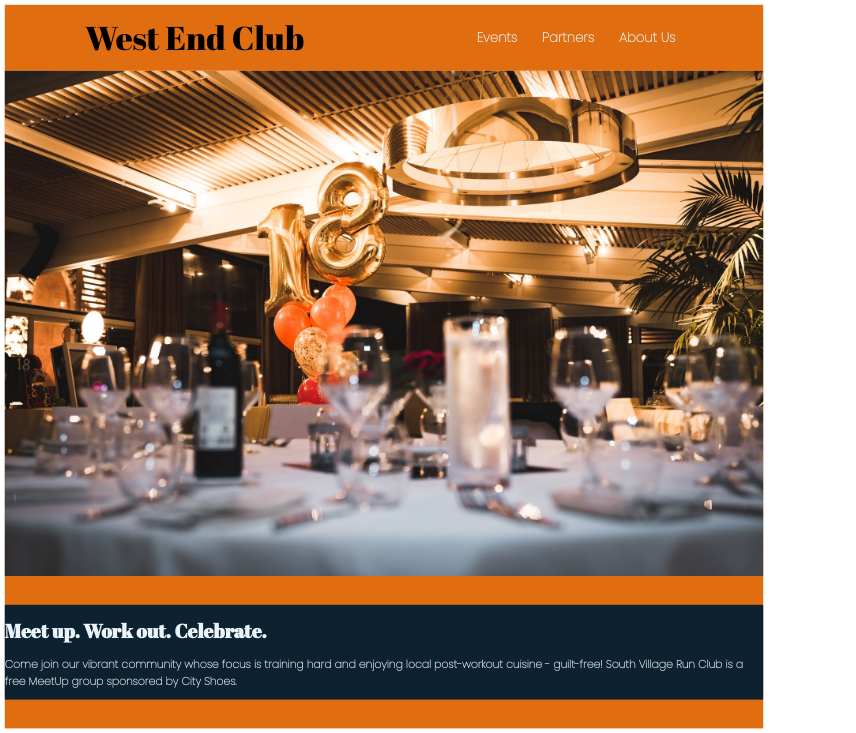
Repository: lastbronx41/lastbronx41.github.io
Page: starting/index.html
These files come from the project's save history. The page is drawn as it stood at one moment and after a run of saves; the edit follows.
The browser window is 1280 px wide. The page is 1280 px wide, then 1426 px, then 1280 px, so the pictures cover 1426 px, including what lies to the right of the window. The pictures show the whole page, at 60% of full size.
Some web fonts or font styles are not loaded; a fallback is used.

Above is the page before, as saved 2022-07-19 04:43:58.

### starting/index.html
<!DOCTYPE html>

<html>
   <head>
      <meta charset="utf-8">
      <title>Our Club</title>
      <link rel="stylesheet" href="./styles.css" type="text/css">
      <link rel="preconnect" href="https://fonts.googleapis.com">
      <link rel="preconnect" href="https://fonts.gstatic.com" crossorigin>
      <link href="https://fonts.googleapis.com/css2?family=Abril+Fatface&family=Slabo+13px&family=Space+Mono&display=swap" rel="stylesheet">
      <link rel="preconnect" href="https://fonts.googleapis.com">
      <link rel="preconnect" href="https://fonts.gstatic.com" crossorigin>
      <link href="https://fonts.googleapis.com/css2?family=Abril+Fatface&family=Poppins:wght@100&family=Slabo+13px&family=Space+Mono&display=swap" rel="stylesheet">
   </head>

   <body>

      <div class="header">
         <div id="title">West End Club</div>
         <div>
            <ul class="links">
               <a href>
                  <li class="nav">Events</li>
               </a>
               <a href>
                  <li class="nav">Partners</li>
               </a>
               <a href>
                  <li class="nav">About Us</li>
               </a>
            </ul>
         </div>
      </div>

      <div id="cover-photo">
         <img src="./resources/cover-photo.jpg"/>
         <div class="main-text">
            <h1>Meet up. Work out. Celebrate.</h1>
               <p>Come join our vibrant community whose focus is training hard and enjoying local post-workout cuisine - guilt-free! South Village Run Club is a free MeetUp group sponsored by City Shoes.
               </p>

         </div>
      </div>



   </body>
</html>

### starting/styles.css
.header {
   display: flex;
   justify-content: space-around;
   background-color: #E06D10;
   align-items: center;
   padding: 1rem
}

#title {
   font-size: 55px;
   font-family: 'Abril Fatface', cursive;
}

.links, .links a {
   display: inline-flex;
   flex-wrap: wrap;
   justify-content: flex-end;
   list-style-type: none;
   gap: 1rem;
   text-decoration-line: none;
}

.nav {
   font-size: 22px;
   font-family: 'Poppins', sans-serif;
   font-weight: bolder;
   border-radius: 34%;
   padding: 0.4rem 0.8rem;
   color: #EBF4FA;
}

.nav:hover {
   color: #E06D10;
   background-color: black;
}

#cover-photo {
   display: flex;
   flex-direction: column;
   background-color: #E06D10;
}

#cover-photo img {
   max-width: 100%;
}
.main-text {
   background-color: #0C2231;
   color: #EBF4FA;
   margin: 3rem auto;
}

.main-text h1 {
   font-family: 'Abril Fatface', cursive;
}

.main-text p {
   font-family: 'Poppins', sans-serif;
   font-size: 18px;
   font-weight: bolder;
}

After the next 2 saves:
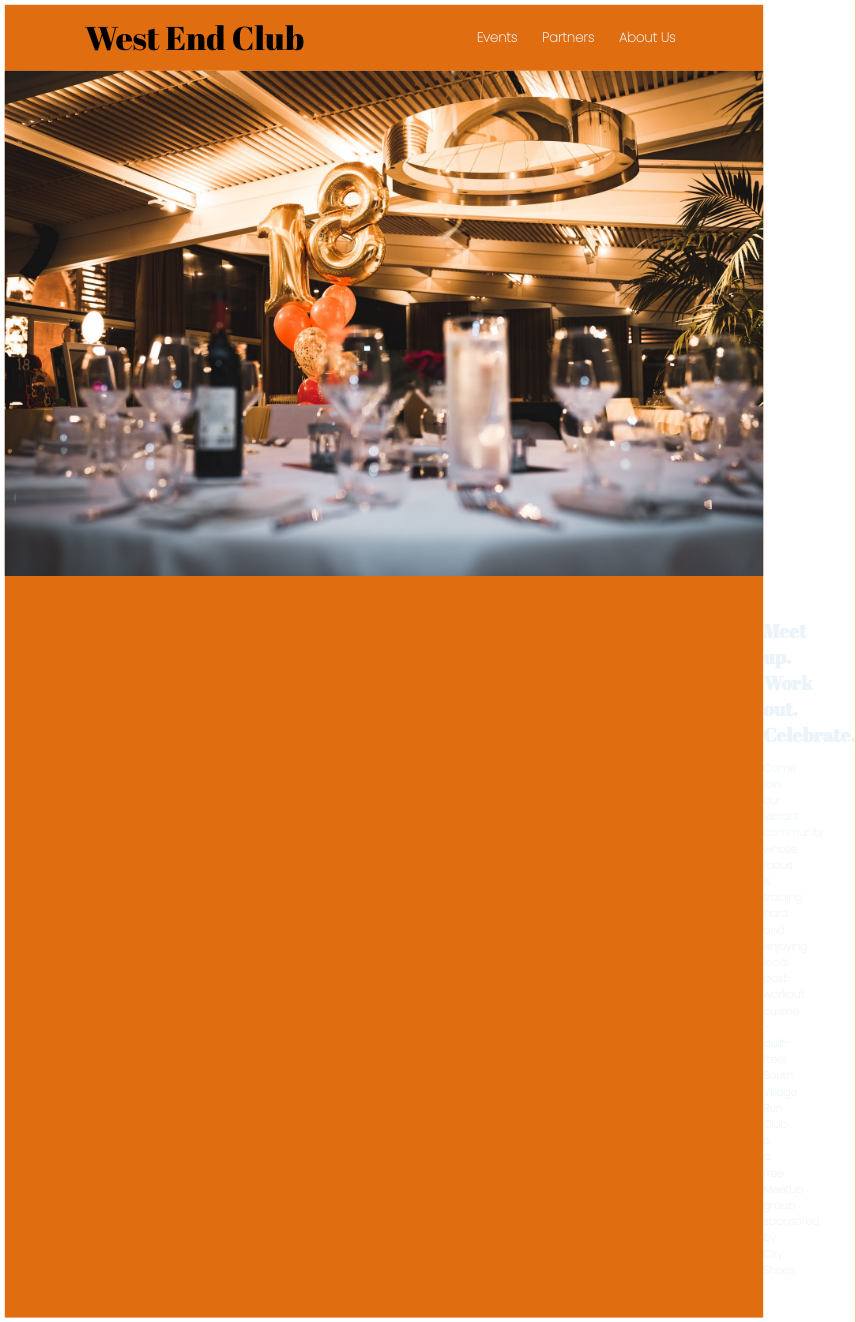
The 2 saves are shown as one change because they came seconds apart.
The last was saved 20 s later.
--- a/starting/styles.css
+++ b/starting/styles.css
@@ -46,7 +46,7 @@
 .main-text {
    background-color: #0C2231;
    color: #EBF4FA;
-   margin: 3rem auto;
+   margin: 3rem 100%;
 }
 
 .main-text h1 {

After the 2 saves that followed:
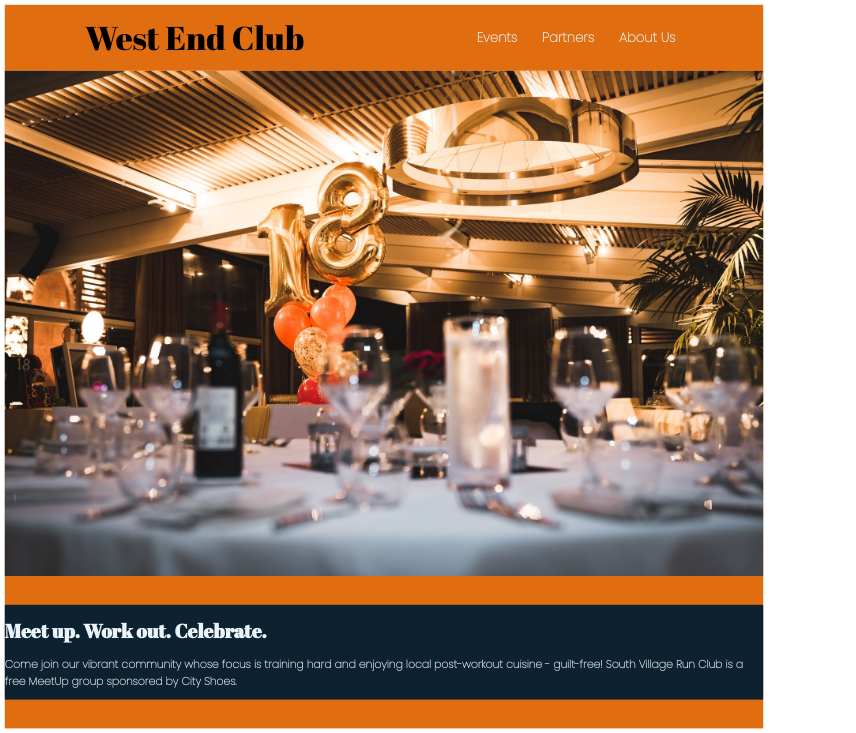
The 2 saves are shown as one change because they came seconds apart.
The last was saved 6 s later.
--- a/starting/styles.css
+++ b/starting/styles.css
@@ -46,7 +46,7 @@
 .main-text {
    background-color: #0C2231;
    color: #EBF4FA;
-   margin: 3rem 100%;
+   margin: 3rem auto;
 }
 
 .main-text h1 {
